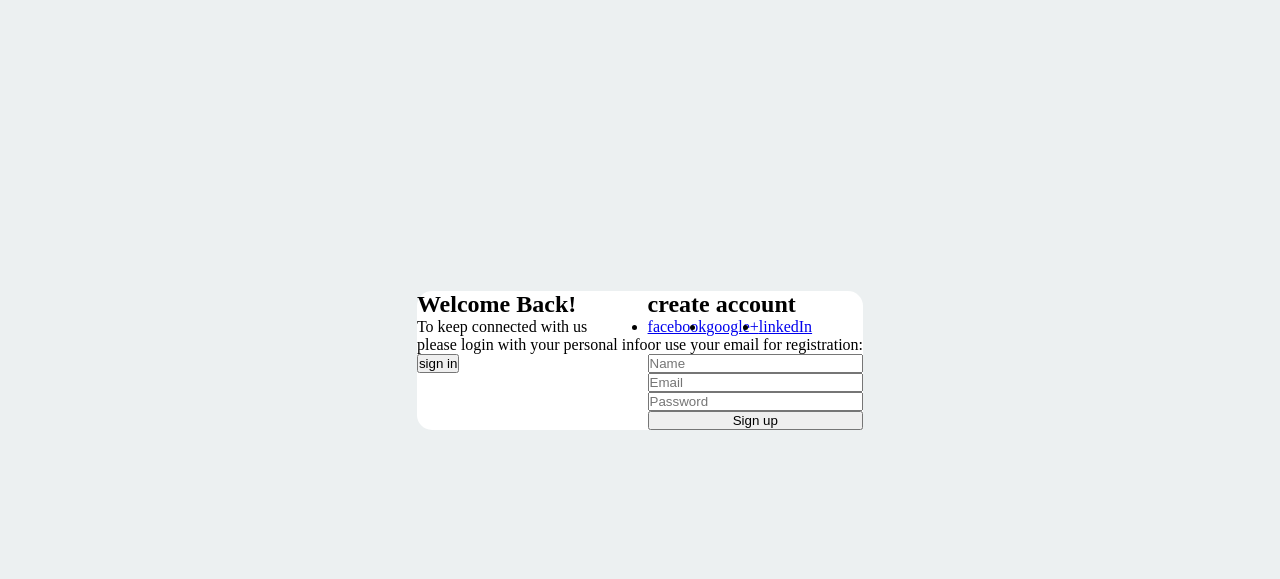
Repository: Gcodeco/ii9Telecom
Page: dist/public/login.html
These files come from the project's save history. The page is drawn as it stood at one moment and after the next save; the edit follows.
The browser window is 1280 px wide. The pictures show the whole page.

Above is the page before, as saved 2024-10-29 22:08:20.

After the next save:
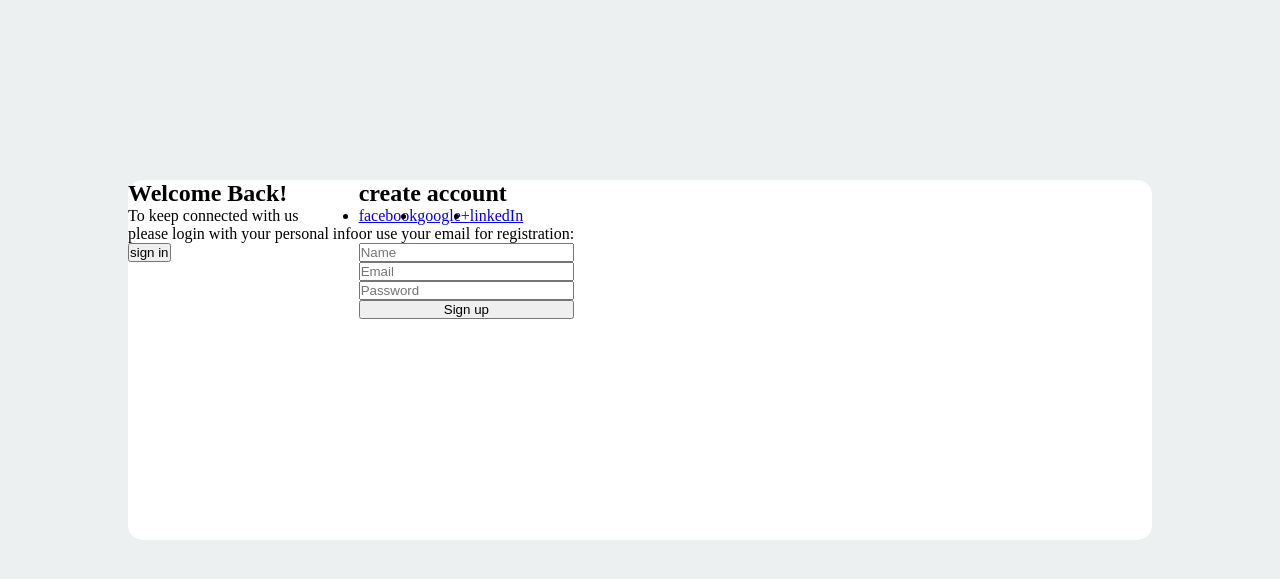
Saved 25 s later.
--- a/dist/public/css/style.css
+++ b/dist/public/css/style.css
@@ -16,6 +16,8 @@
 .content{
     background-color: white;
     border-radius: 15px;
+    width: 80%;
+    height: 50%;
 }
 
 .first-content{
